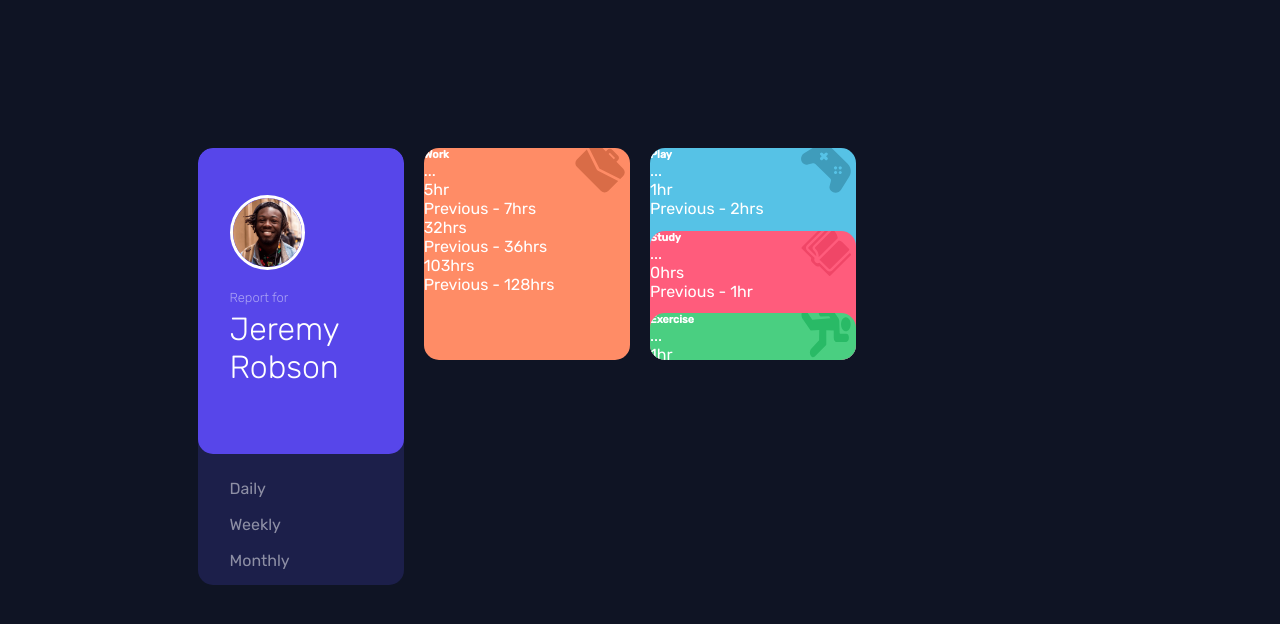
Repository: 3mr-5aled/time-tracking-dashboard-Junior
Page: index.html
An editor plug-in stored every save of this project. The page is shown before and after the next save, followed by the edit.
The browser window is 1280 px wide. The pictures show the whole page.

Above is the page before, as saved 2022-12-27 20:45:02.

After the next save:
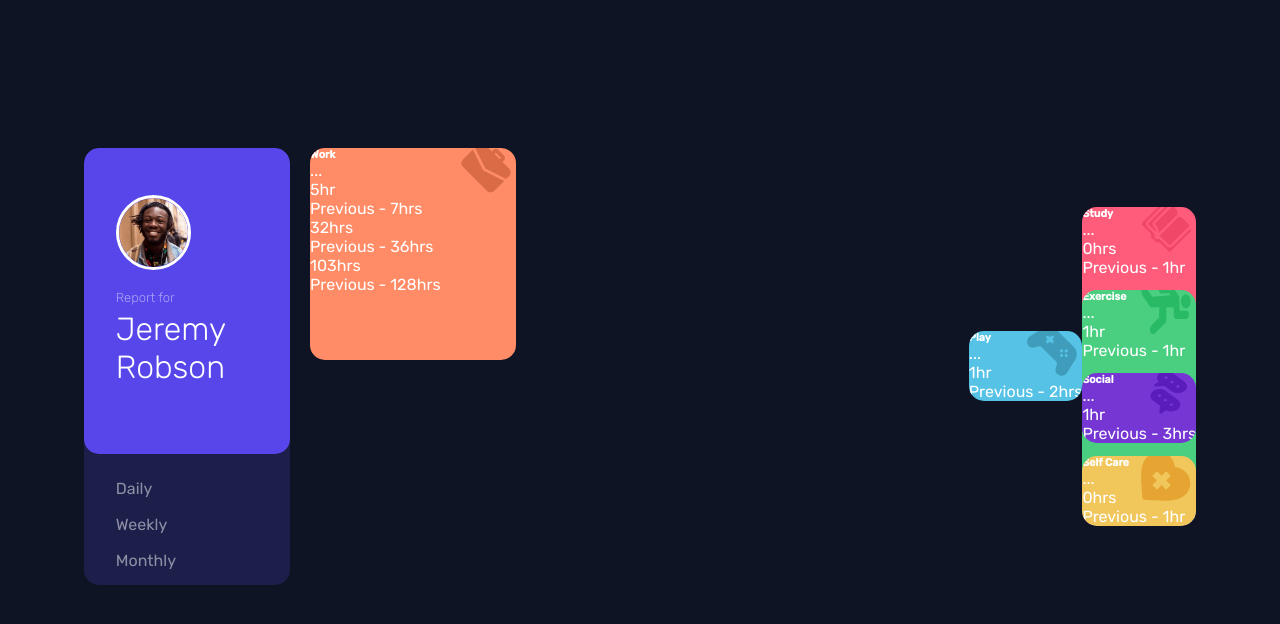
Saved 59 s later.
--- a/index.html
+++ b/index.html
@@ -64,6 +64,7 @@
         <!-- monthly -->
       </div>
       </div>
+      </div>
       <div class="play">
         <img class="catImage" src="images/icon-play.svg" alt="" />
         <div class="cardCont">
@@ -88,6 +89,7 @@
           <!-- monthly -->
         </div>
       </div>
+      </div>
       <div class="study">
         <img class="catImage" src="images/icon-study.svg" alt="" />
         <div class="cardCont">
@@ -113,6 +115,7 @@
         </div>
       </div>
 
+
       <div class="exercise">
         <img class="catImage" src="images/icon-exercise.svg" alt="" />
         <div class="cardCont">
@@ -138,6 +141,7 @@
         </div>
       </div>
 
+
       <div class="social">
         <img class="catImage" src="images/icon-social.svg" alt="" />
         <div class="cardCont">
@@ -161,6 +165,7 @@
           <div class="previous">Previous - 23hrs</div>
           <!-- monthly -->
         </div>
+      </div>
       </div>
       <div class="selfCare">
         <img class="catImage" src="images/icon-self-care.svg" alt="" />
